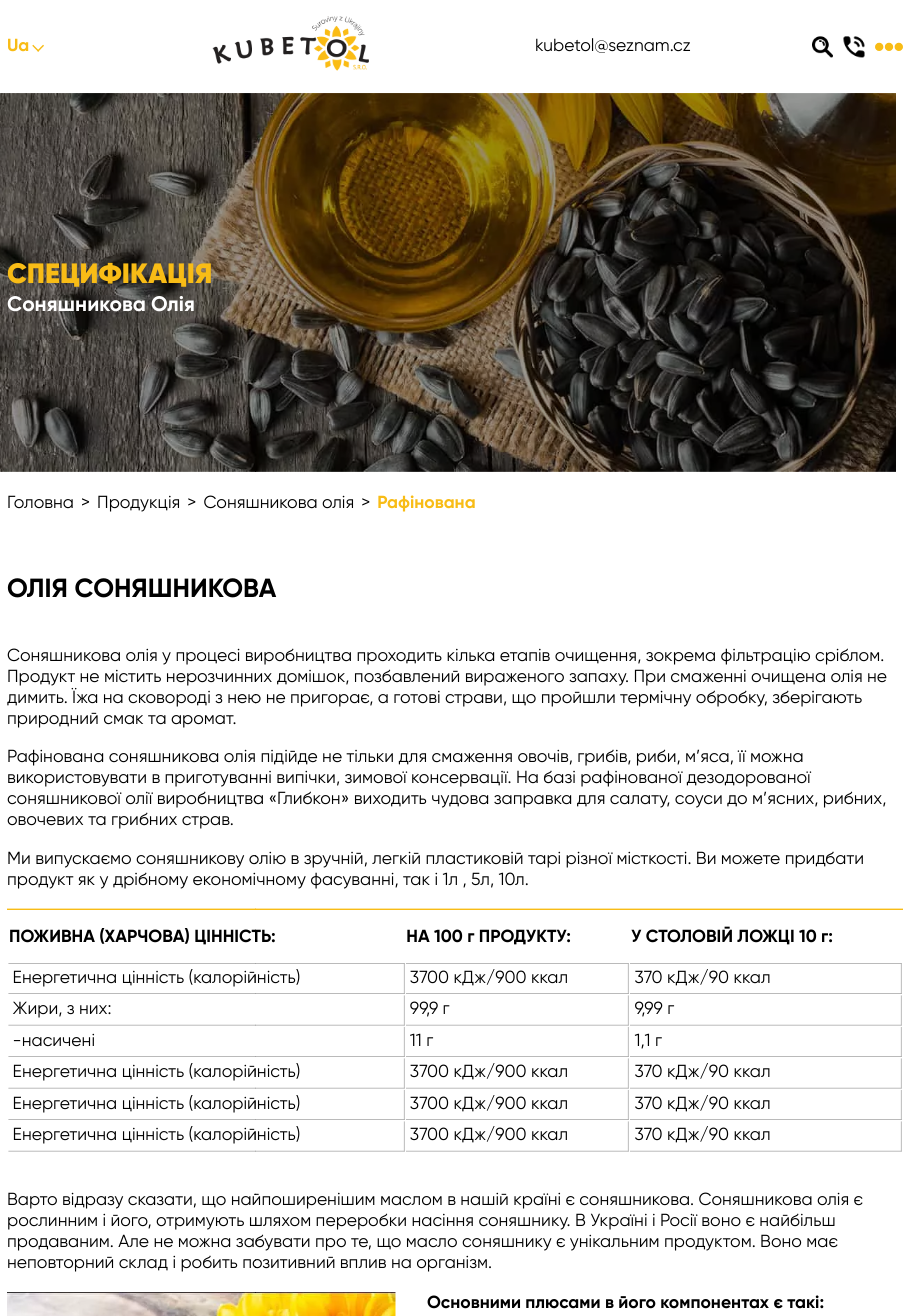
Repository: fanbear/Kubetol
Page: specification.html
An editor plug-in stored every save of this project. The page is shown before and after the next save, followed by the edit.
The browser window is 1280 px wide. The page is 1300 px wide, then 1320 px, so the pictures cover 1320 px, including what lies to the right of the window. The pictures show the part of the page from y = 0 to 1880 px (the page is 4735 px tall), at 70% of full size.

Above is the page before, as saved 2023-05-03 14:49:50.

### specification.html
<!DOCTYPE html>
<html lang="en">

<head>
    <meta charset="UTF-8">
    <meta http-equiv="X-UA-Compatible" content="IE=edge">
    <meta name="viewport" content="width=device-width, initial-scale=1.0">
    <title>Document</title>
    <!-- <link rel="stylesheet" href="https://cdnjs.cloudflare.com/ajax/libs/normalize/8.0.1/normalize.min.css"> -->

    <script src="js/preload.js"></script>
    <link rel="stylesheet" href="css/critical.css">
</head>

<body id="main">
    <div class="preload">
        <div class="preload-img"><img src="img/footer-logotype.webp" alt="KUBETOL"></div>
        <div class="loading-spinner"></div>
        <div class="preload-text">Завантаження...</div>
        <div class="video-slider__overlay"></div>
    </div>
    <header class="header">
        <div class="flex-container flex-bettwen flex-ac">
            <div class="header-language flex">
                <div class="language-active">Ua</div>
                <ul class="language-list">
                    <li><a href="/">Pl</a></li>
                    <li><a href="/">Cz</a></li>
                    <li><a href="/">En</a></li>
                </ul>
                <div class="header-list__open no-transform"></div>
            </div>
            <div class="header-title">KUBETOL s.r.o. - Сировина з України</div>
            <div class="header-logotype flex flex-center"><a href="/"><img src="img/logotype.webp" alt="KUBETOL"
                        width="223" height="78"></a></div>
            <div class="header-email"><a href="mailto:kubetol@seznam.cz">kubetol@seznam.cz</a></div>
            <div class="header-action flex flex-bettwen">
                <div class="header-search flex flex-ac">
                    <img src="img/search.webp" alt="KUBETOL search" width="30" height="30">
                </div>
                <div class="header-phone flex flex-ac">
                    <img src="img/phone.webp" alt="KUBETOL Phone" width="30" height="30">
                </div>
                <div class="header-menu flex flex-ac flex-center">
                    <span></span>
                    <span></span>
                    <span></span>
                </div>
                <div class="header-menu__list flex">
                    <ul>
                        <li><a href="/">Головна</a></li>
                        <li><a href="/">Про нас</a></li>
                        <li><a href="/">Продукція</a></li>
                        <li><a href="/">Контакти</a></li>
                        <li><a href="/">Новини</a></li>
                    </ul>
                </div>
            </div>
        </div>
    </header>
    <main class="spec-page">
        <section class="section top-product" style="background-image: url('img/product-top.webp')">
            <div class="flex-container flex-column">
                <div class="top-product__text">
                    <h1>Специфікація</h1>
                    <h2>Соняшникова Олія</h2>
                </div>
            </div>
            <div class="product-overlay"></div>
        </section>
        <div class="breadcrumb">
            <div class="flex-container">
                <ul class="flex flex-ac">
                    <li><a href="">Головна</a><span>></span></li>
                    <li><a href="">Продукція</a><span>></span></li>
                    <li><a href="">Соняшникова олія</a><span>></span></li>
                    <li>Рафінована</li>
                </ul>
            </div>
        </div>
        <section class="spec-text">
            <div class="flex-container">
                <div class="spec-text__title">
                    <h1>ОЛІЯ СОНЯШНИКОВА</h1>
                </div>
                <div class="spec-text__desc">
                    <p>Соняшникова олія у процесі виробництва проходить кілька етапів очищення, зокрема фільтрацію
                        сріблом. Продукт не містить
                        нерозчинних домішок, позбавлений вираженого запаху. При смаженні очищена олія не димить. Їжа на
                        сковороді з нею не
                        пригорає, а готові страви, що пройшли термічну обробку, зберігають природний смак та аромат.</p>
                    <p>Рафінована соняшникова олія підійде не тільки для смаження овочів, грибів, риби, м’яса, її можна
                        використовувати в
                        приготуванні випічки, зимової консервації. На базі рафінованої дезодорованої соняшникової олії
                        виробництва «Глибкон»
                        виходить чудова заправка для салату, соуси до м’ясних, рибних, овочевих та грибних страв.</p>
                    <p>Ми випускаємо соняшникову олію в зручній, легкій пластиковій тарі різної місткості. Ви можете
                        придбати продукт як у
                        дрібному економічному фасуванні, так і 1л , 5л, 10л.</p>
                    <table>
                        <thead>
                            <tr>
                                <th>ПОЖИВНА (ХАРЧОВА) ЦІННІСТЬ:</th>
                                <th>НА 100 г ПРОДУКТУ:</th>
                                <th>У СТОЛОВІЙ ЛОЖЦІ 10 г:</th>
                            </tr>

                        </thead>
                        <tbody>
                            <tr>
                                <td>Енергетична цінність (калорійність)</td>
                                <td>3700 кДж/900 ккал</td>
                                <td>370 кДж/90 ккал</td>
                            </tr>
                            <tr>
                                <td>Жири, з них:</td>
                                <td>99,9 г</td>
                                <td>9,99 г</td>
                            </tr>
                            <tr>
                                <td>-насичені</td>
                                <td>11 г</td>
                                <td>1,1 г</td>
                            </tr>
                            <tr>
                                <td>Енергетична цінність (калорійність)</td>
                                <td>3700 кДж/900 ккал</td>
                                <td>370 кДж/90 ккал</td>
                            </tr>
                            <tr>
                                <td>Енергетична цінність (калорійність)</td>
                                <td>3700 кДж/900 ккал</td>
                                <td>370 кДж/90 ккал</td>
                            </tr>
                            <tr>
                                <td>Енергетична цінність (калорійність)</td>
                                <td>3700 кДж/900 ккал</td>
                                <td>370 кДж/90 ккал</td>
                            </tr>
                        </tbody>
                    </table>
                    <p>Варто відразу сказати, що найпоширенішим маслом в нашій країні є соняшникова. Соняшникова олія є
                        рослинним і його,
                        отримують шляхом переробки насіння соняшнику. В Україні і Росії воно є найбільш продаваним. Але
                        не можна забувати про
                        те, що масло соняшнику є унікальним продуктом. Воно має неповторний склад і робить позитивний
                        вплив на організм.</p>
                    <img src="img/spec-img.webp" alt="">
                    <p>
                        <b>Основними плюсами в його компонентах є такі:</b> Наявність рослинних жирів. Вони досить легко
                        засвоюються організмом, на відміну від тваринних жирів.
                    </p>
                    <p>Жирні кислоти. Організм без них не може нормально функціонувати, завдяки їм відбувається будову
                        тканин і клітин. Крім
                        того, вони надають позитивний вплив на кровоносну і нервову систему.</p>
                    <p>Наявність вітамінів А і D. Вітамін А відповідає за хороший зір і підтримання імунної системи, а D
                        за, то щоб шкіра була
                        в хорошому стані і були міцні кістки.</p>
                    <p>Вітамін Е. Він є найпотужнішим антиоксидантом, виконує захисні функції організму, також захищає
                        його від раку і старіння
                        організму. У рослинному маслі концентрація вітаміну Е набагато вище, ніж в інших видах продуктів
                        і навіть в оливковій
                        олії.</p>
                    <p>Соняшникову олію розливають у споживчу і транспортну тару. У промисловості її розфасовують в
                        полімерні пляшки, а у
                        компаній-посередників можна придбати олію соняшникову наливом.</p>
                    <p>Зберігається соняшникова олія при температурі не вище 18-20 градусів від 2 до 4 місяців. Це
                        залежить від способу
                        отримання олії.</p>
                </div>
            </div>
        </section>
        <section class="spec-sertification">
            <div class="flex-container">
                <div class="spec-img-container flex flex-bettwen flex-wrap flex-ac">
                    <a href="img/spec-1.png" class="mfp-image"><img src="img/spec-1.png"></a>
                    <a href="img/spec-2.png" class="mfp-image"><img src="img/spec-2.png"></a>
                    <a href="img/spec-3.png" class="mfp-image"><img src="img/spec-3.png"></a>
                    <a href="img/spec-4.png" class="mfp-image"><img src="img/spec-4.png"></a>
                </div>
            </div>
        </section>
        <div class="spec-download">
            <div class="flex-container">
                <a class="flex flex-ac flex-center" href="path/to/document.pdf" download>Скачати документ</a>
            </div>
        </div>
        <div class="spec-bottom__img flex " style="background-image: url('img/spec-bottom-img.webp')">
        </div>
        <section class="yellow-line">
            <div class="flex-container flex-bettwen flex-ac no-wrap">
                <div class="yellow__text">Виникли питання або бажаєте замовити нашу продукцію?</div>
                <div class="yellow__button flex flex-center flex-ac">
                    <span>Зв'язатися з нами</span>
                </div>
            </div>
        </section>
    </main>
    <footer>
        <div class="flex-container">
            <div class="footer-logo flex flex-center"><img src="img/footer-logotype.webp" alt="kubetol-logotype"></div>
            <div class="footer-wrapper flex">
                <div class="footer-item flex flex-column flex-bettwen">
                    <ul class="footer-item__link flex">
                        <li><a href="/">Головна</a></li>
                        <li><a href="/">Про нас</a></li>
                        <li><a href="/">Продукція</a></li>
                        <li><a href="">Контакти</a></li>
                        <li><a href="">Новини</a></li>
                    </ul>
                    <div class="footer-item__social flex">
                        <a class="flex flex-center flex-ac" href="/"><img src="img/facebook.png"
                                alt="Kubetol - facebook" width="40" height="40"></a>
                        <a class="flex flex-center flex-ac" href="/"><img src="img/instagram.webp"
                                alt="Kubetol - instagram" width="40" height="40"></a>
                        <a class="flex flex-center flex-ac" href="/"><img src="img/youtube.png" alt="Kubetol - Youtube"
                                width="40" height="40"></a>
                    </div>
                    <div class="footer-item__developer">Розроблено і створено Сиваш Олексій</div>
                </div>
                <div class="footer-item">
                    <div class="footer-item_copyright">
                        Copyright <br> © 2010-2023 - KUBETOL s.r.o.
                    </div>
                    <div class="footer-item__phone"><a href="tel:">+420 777 892 272</a></div>
                    <div class="footer-item__mail"><a href="mailto:kubetol@seznam.cz">kubetol@seznam.cz</a></div>
                    <div class="footer-item__qr"><img src="img/qr.png" alt="Kubetol QR"></div>
                    <div class="footer-item__address">18200 Прага – 8, Kobylisy, Pakoměřická 510/18</div>
                </div>
            </div>
        </div>


        <link href="css/aos.css" rel="stylesheet">
        <link rel="stylesheet" type="text/css"
            href="https://cdnjs.cloudflare.com/ajax/libs/OwlCarousel2/2.3.4/assets/owl.carousel.min.css">
        <link rel="stylesheet" type="text/css"
            href="https://cdnjs.cloudflare.com/ajax/libs/OwlCarousel2/2.3.4/assets/owl.theme.default.min.css">

        <link rel="stylesheet" href="css/main.css">
        <script src="https://code.jquery.com/jquery-3.6.0.min.js"></script>
        <script src="https://cdnjs.cloudflare.com/ajax/libs/OwlCarousel2/2.3.4/owl.carousel.min.js"></script>
        <script src="js/aos.js"></script>

        <script src="js/main.js"></script>

        <!-- Magnific Popup CSS -->
        <link rel="stylesheet" href="css/magnific-popup.min.css" />

        <!-- Magnific Popup JS -->
        <script src="js/jquery.magnific-popup.min.js"></script>


    </footer>
</body>

</html>

### css/variables.css
:root {
    /* Color variables */
    --dark-color: #000000;
    --white-color: #ffffff;
    --yellow-color: #f8bc16;
    --grey-color: #9d9d9d;
    --dark-grey-color: #3a3a3a;
    /* Literal Fonts */
    --font-16: 16.7px;
    --font-25: 25.5px;
    --font-33: 33.3px;
    --font-45: 45.83px;
    --font-100: 100.1px;

    /* Container width */
    --width: 1180px;
    --container-padding: 0 15px;

    /* St button */
    --btn-width: 360px;
    --btn-height: 60px;
    --btn-radius: 30px;
}

/* Media query for tablets */
@media screen and (max-width: 1439.98px) {
    :root {
        --width: 980px;
        --container-padding: 0 20px;
        --font-16: 16.7px;
        --font-25: 25px;
        --font-33: 30px;
        --font-45: 40px;
        --font-100: 80px;
    }
}

/* Media query for mobile devices */
@media screen and (max-width: 1024px) {
    :root {
        --width: 720px;
        --container-padding: 0 20px;
    }
}

@media (min-width: 600px) and (max-height: 1023.99px) {
    :root {
        --width: 100%;
        --container-padding: 0 10px;
    }
}

### css/animation.css
:root {
    --animation-language: language-animation 0.6s ease-in;
    --animation-spin: spin 1s linear infinite;
    --animation-preload: preload-hover 0.8s linear;
}



/* Language - animation */
@keyframes language-animation {
    0% {
        transform: scale(0);
        opacity: 0;
        z-index: -1;
    }

    50% {
        transform: scale(0.5);
        opacity: 0.5;
        z-index: 9999;
    }

    50% {
        transform: scale(1);
        opacity: 1;
        z-index: 9999;
    }

}

@keyframes spin {
    0% {
        transform: rotate(0);
    }

    100% {
        transform: rotate(360deg);
    }
}

@keyframes preload-hover {
    0% {
        opacity: 1;
        z-index: 9999;
    }

    50% {
        opacity: 0.5;
        z-index: 9999;
    }

    100% {
        opacity: 0;
        z-index: -1;
    }
}

### css/fonts.css
@font-face {
    font-family: 'Gilroy';
    src: url('../fonts/Gilroy-UltraLight.ttf') format('opentype');
    font-weight: 200;
    font-style: normal;
}

@font-face {
    font-family: 'Gilroy';
    src: url('../fonts/Gilroy-ThinItalic.ttf') format('opentype');
    font-weight: 300;
    font-style: normal;
}

@font-face {
    font-family: 'Gilroy';
    src: url('../fonts/Gilroy-Regular.ttf') format('opentype');
    font-weight: normal;
    font-style: normal;
}

@font-face {
    font-family: 'Gilroy';
    src: url('../fonts/Gilroy-Medium.ttf') format('opentype');
    font-weight: 500;
    font-style: normal;
}

@font-face {
    font-family: 'Gilroy';
    src: url('../fonts/Gilroy-Semibold.ttf') format('opentype');
    font-weight: 600;
    font-style: normal;
}

@font-face {
    font-family: 'Gilroy';
    src: url('../fonts/Gilroy-Bold.ttf') format('opentype');
    font-weight: bold;
    font-style: normal;
}

@font-face {
    font-family: 'Gilroy';
    src: url('../fonts/Gilroy-ExtraBold.ttf') format('opentype');
    font-weight: 800;
    font-style: normal;
}

@font-face {
    font-family: 'Gilroy';
    src: url('../fonts/Gilroy-Black.ttf') format('opentype');
    font-weight: 900;
    font-style: normal;
}

Loaded but not shown: css/aos.css (library); js/aos.js (library); css/magnific-popup.min.css (library); js/jquery.magnific-popup.min.js (library); js/main.js (359 lines, source omitted); js/preload.js (21 lines, source omitted); css/main.css (1686 lines, source omitted); css/critical.css (1029 lines, source omitted)

After the next save:
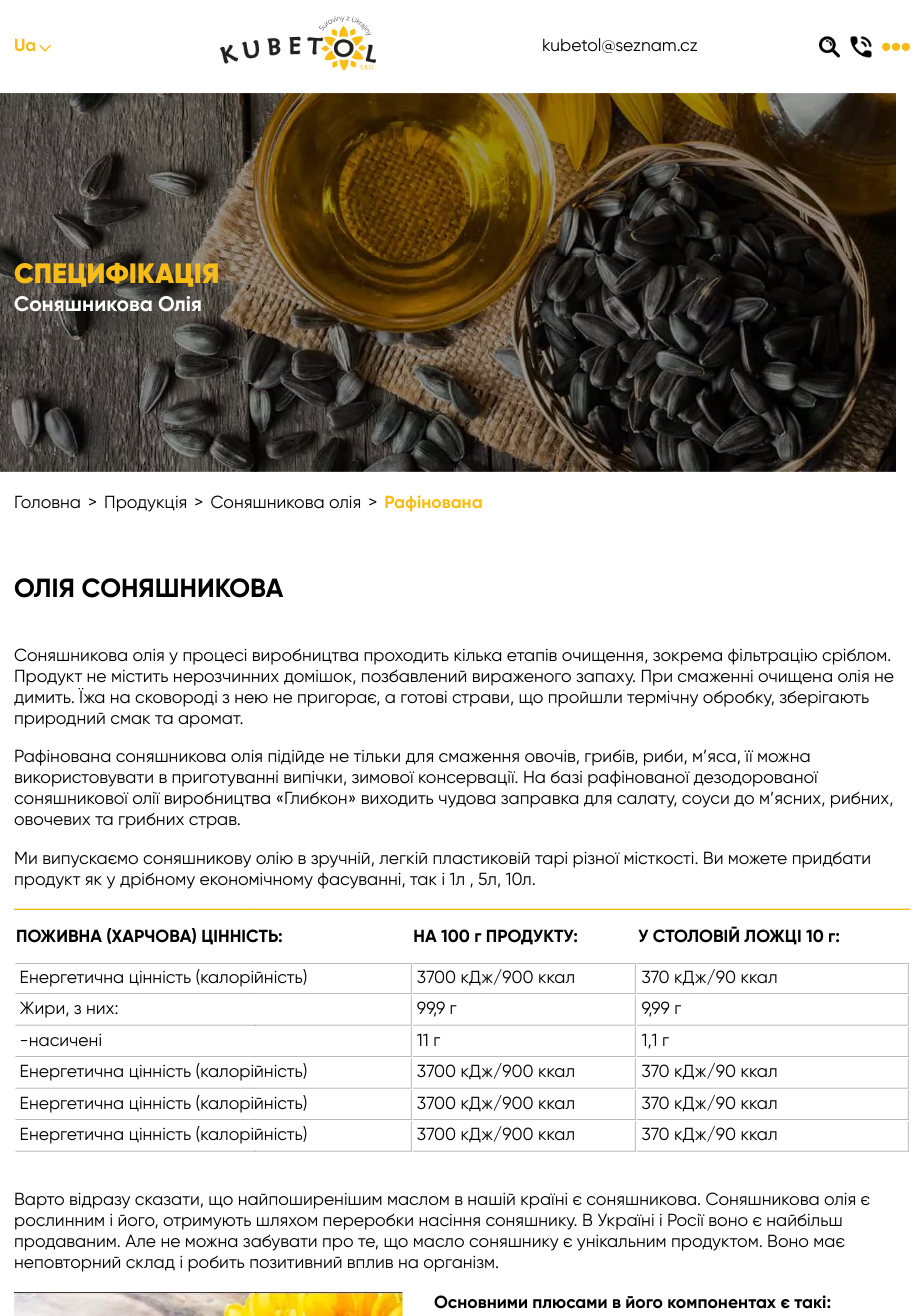
Saved 12 s later.
--- a/css/variables.css
+++ b/css/variables.css
@@ -46,6 +46,6 @@
 @media (min-width: 600px) and (max-height: 1023.99px) {
     :root {
         --width: 100%;
-        --container-padding: 0 10px;
+        --container-padding: 0 20px;
     }
 }
